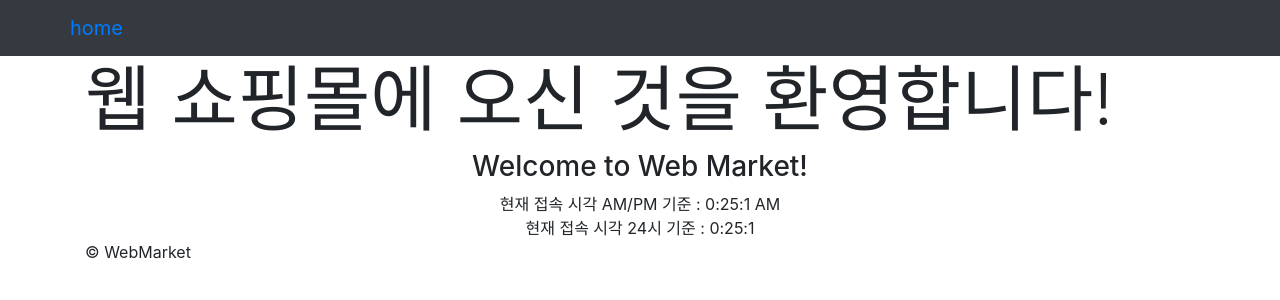
Repository: realseungju/JSP
Page: http://localhost/WebMarket/web_front_page.jsp
The author's editor kept a copy of each file at every save. The page is drawn from the files as they stood at one save, then again after the next save.
The browser window is 1280 px wide. The pictures show the whole page.
The page is served by Tomcat 9.

Above is the page before, as saved 2021-11-22 02:43:45.

After the next save:
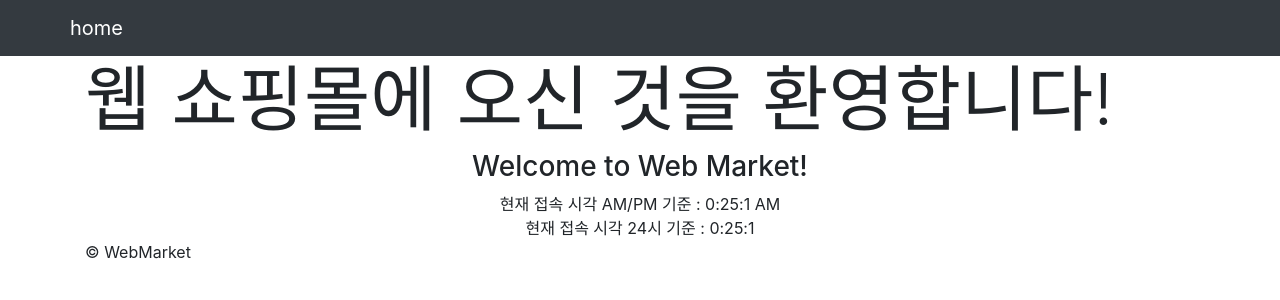
Saved 65 s later.
--- a/JSP_Work/WebMarket/WebContent/web_front_page.jsp
+++ b/JSP_Work/WebMarket/WebContent/web_front_page.jsp
@@ -6,7 +6,7 @@
 <title>Welcome</title>
 </head>
 <body>
-	<nav class="navbar navbar-expand navbar -dark bg-dark">
+	<nav class="navbar navbar-expand navbar-dark bg-dark">
 		<div class="container">
 			<div class="navbar-header">
 				<a class="navbar-brand" href="./welcome.jsp"> home </a>
